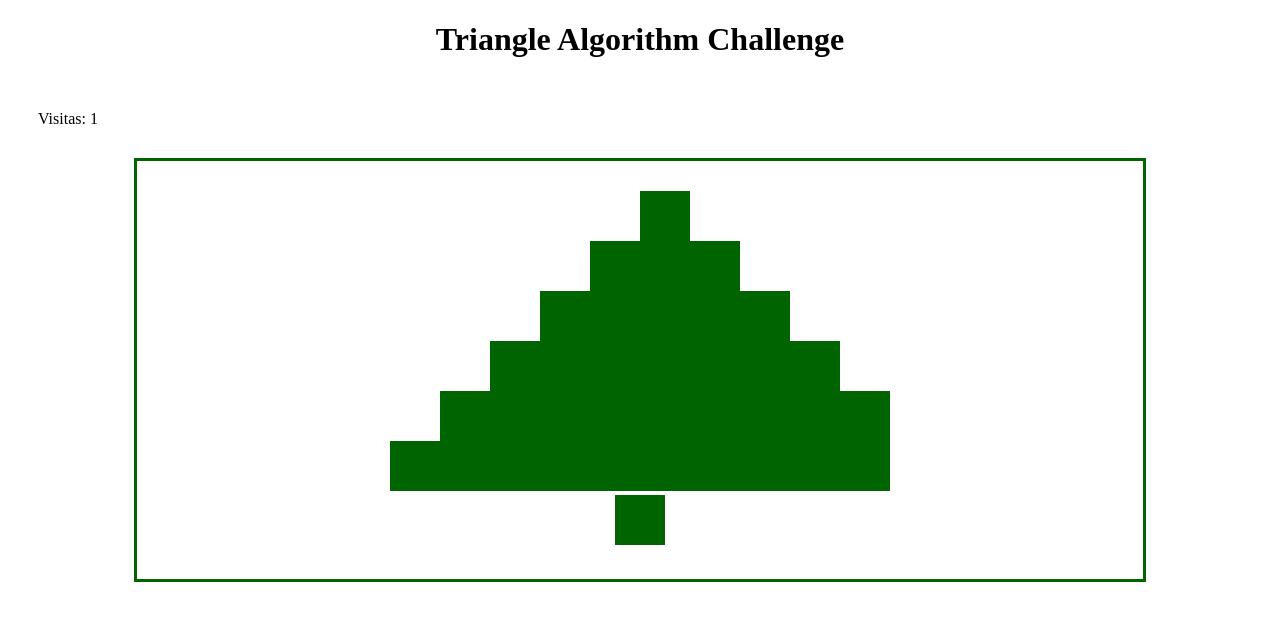
Repository: Hugobrr/trybe-exercises
Page: exercises/5_bloco/exercise-end-block5/index.html
The author's editor kept a copy of each file at every save. The page is drawn from the files as they stood at one save, then again after the next save.
The browser window is 1280 px wide. The pictures show the whole page.

Above is the page before, as saved 2020-11-05 17:47:52.

After the next save:
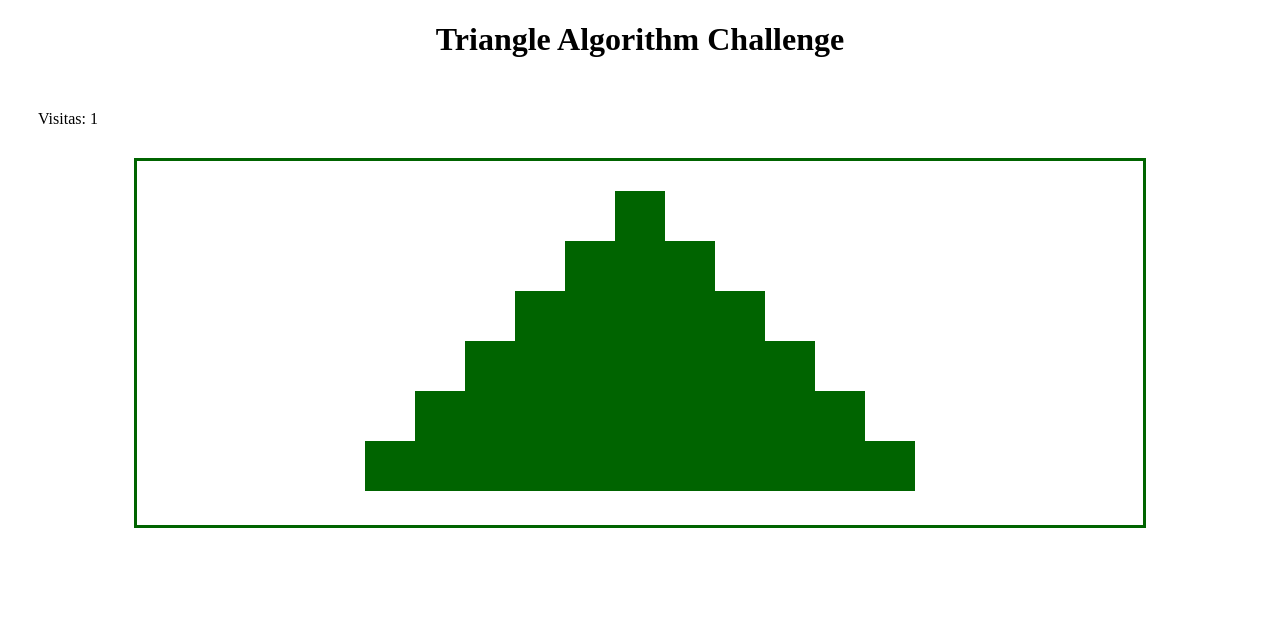
Saved 16 s later.
--- a/exercises/5_bloco/exercise-end-block5/style.css
+++ b/exercises/5_bloco/exercise-end-block5/style.css
@@ -20,7 +20,7 @@ h1 {
 }
 
 .line {
-  width: 500px;
+  width: 550px;
   height: 50px;
 }
 
